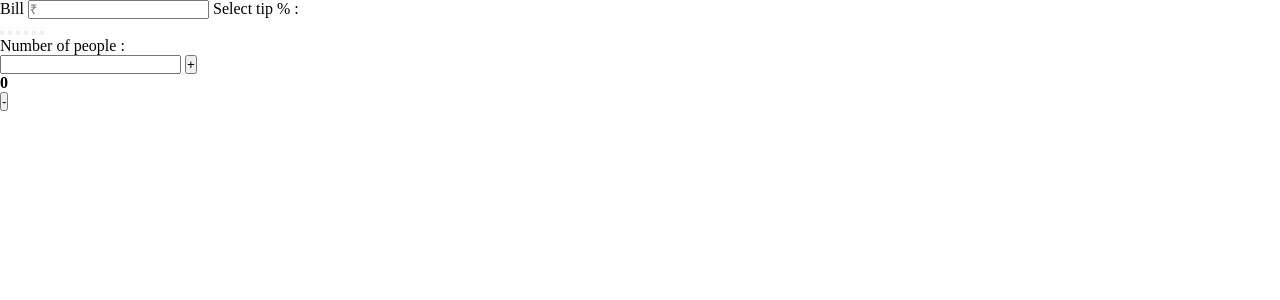
Repository: drumsmanku/micro-project-3
Page: index.html
An editor plug-in stored every save of this project. The page is shown before and after the next save, followed by the edit.
The browser window is 1280 px wide. The pictures show the whole page.

Above is the page before, as saved 2023-04-17 13:44:29.

### index.html
<!DOCTYPE html>
<html lang="en">
<head>
  <meta charset="UTF-8">
  <meta http-equiv="X-UA-Compatible" content="IE=edge">
  <meta name="viewport" content="width=device-width, initial-scale=1.0">
  <link rel="stylesheet" href="styles.css">
  <title>Bill Spill</title>
</head>
<body>
  <main>
    <div class="entire-container">
      <div class="left-inside-container">
          <label for="amount">Bill</label>
          <input type="number" name="total" id="total-bill" placeholder="₹" >

          <label for="tip">Select tip % :</label>
          <div class="button-containers">
            <button class="bt-1"></button>
            <button class="bt-2"></button>
            <button class="bt-3"></button>
            <button class="bt-4"></button>
            <button class="bt-5"></button>
            <button class="bt-6"></button>
          </div>

          <label for="people">Number of people : </label>
          <div class="people-container">
            <input type="number" name="people" id="people-number">
            <button id="add-people">+</button>
            <h4 class="center-text">0</h4>
            <button id="sub-people">-</button>
          </div>
      </div>


      <div class="right-inside-container"></div>
    </div>
  </main>
</body>
</html>

### styles.css
*{
  padding: 0;
  margin: 0;
}

main{
  width: 100%;
  margin: auto;
}

After the next save:
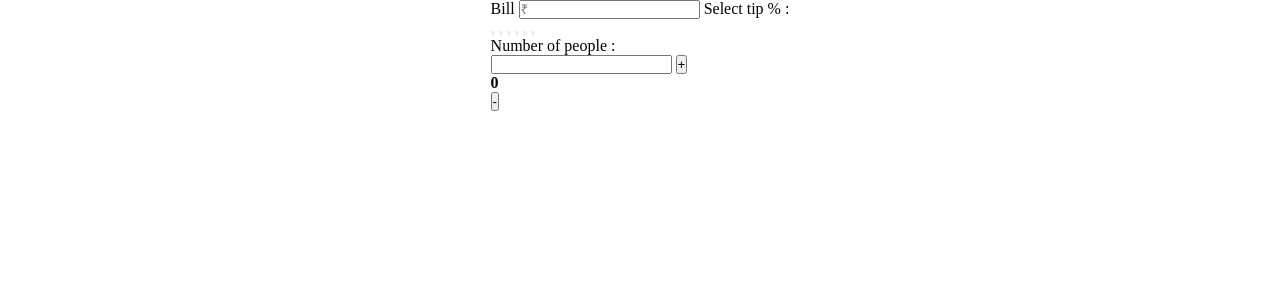
Saved 53 s later.
--- a/styles.css
+++ b/styles.css
@@ -5,5 +5,7 @@
 
 main{
   width: 100%;
-  margin: auto;
+  display: flex;
+  justify-content: center;
+  align-items: center;
 }
